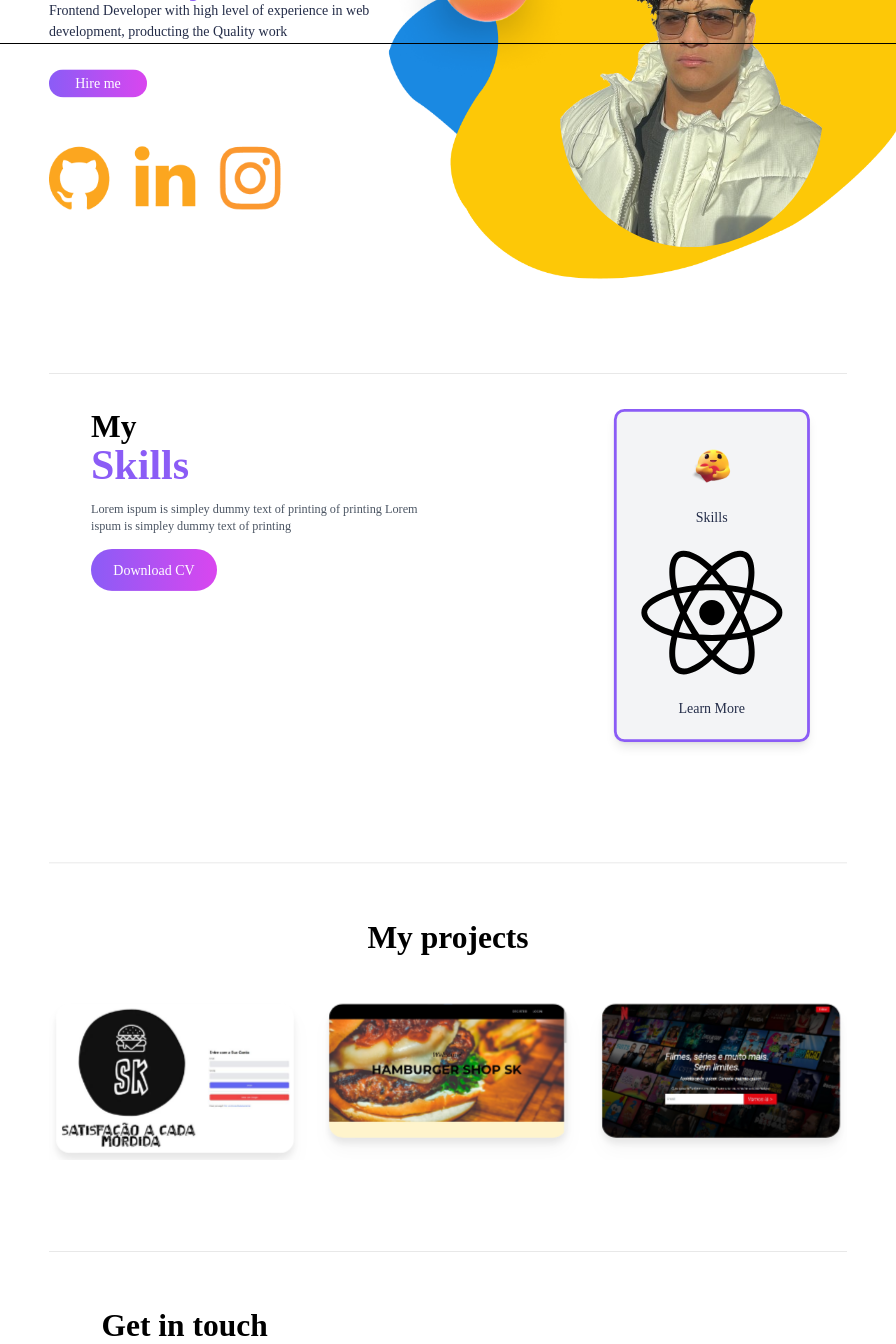
Repository: KennedyWanderson/portfolio
Page: /
An editor plug-in stored every save of this project. The page is shown before and after the next save, followed by the edit.
The browser window is 1280 px wide. The pictures show the part of the page from y = 303 to 2223 px (the page is 3240 px tall), at 70% of full size.
Some web fonts or font styles are not loaded; a fallback is used. The project was rebuilt for these pictures with package versions that can differ from the ones it lists, and the page was loaded fresh each time. Imported but missing from the stored project, and not drawn on this page: src/Components/Services/Kennedy_CV.pdf.

Above is the page before, as saved 2024-01-26 12:12:48.

After the next save:
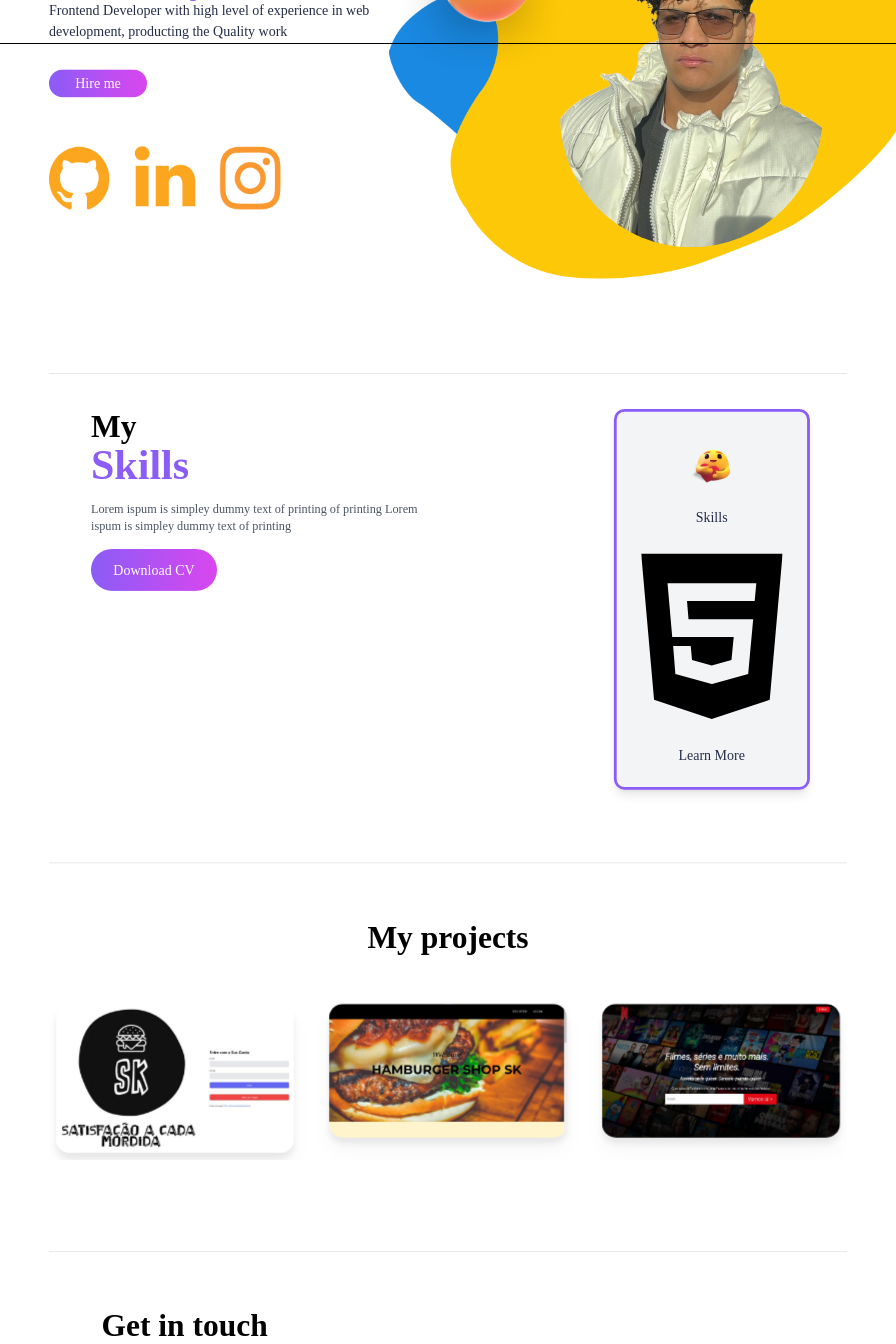
Saved 6 s later.
--- a/src/Components/Services/Services.jsx
+++ b/src/Components/Services/Services.jsx
@@ -34,7 +34,7 @@ const Services = () => {
                     <Card
                         emoji={HeartEmoji}
                         heading={'Skills'}
-                        detail={[ReactIimg]}
+                        detail={[ReactIimg, HtmlImg]}
 
                     />
                 </div>
